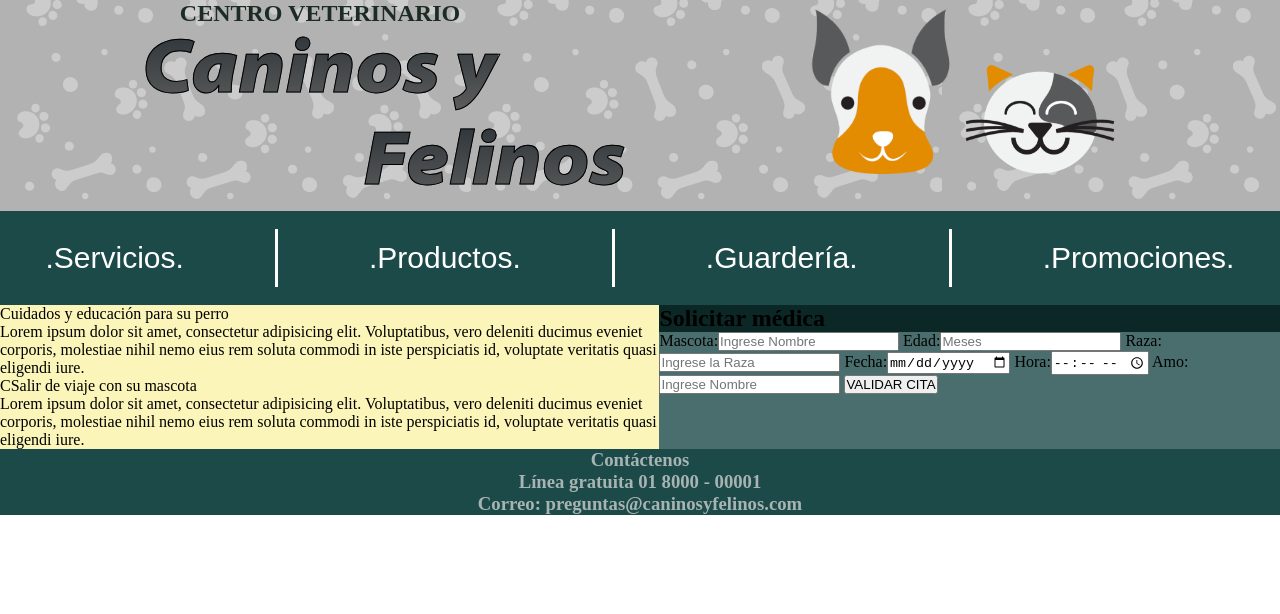
Repository: mariomr87/senaweb01
Page: principal.html
An editor plug-in stored every save of this project. The page is shown before and after the next save, followed by the edit.
The browser window is 1280 px wide. The pictures show the whole page.

Above is the page before, as saved 2021-10-23 09:23:01.

### principal.html
<!DOCTYPE html>
<html lang="en">
<head>
    <meta charset="UTF-8">
    <meta http-equiv="X-UA-Compatible" content="IE=edge">
    <meta name="viewport" content="width=device-width, initial-scale=1.0">
    <link rel="stylesheet" href="estilos.css">
    <title>Document</title>
</head>
<body>
    <div>
        <header>
            <div id="cabecera">
                <div class="header-text">
                    <h3>CENTRO VETERINARIO</h3>
                    <h1><span id="header-text-degrad">Caninos y <br><span id="text-felinos">Felinos</span></spa></h1>
                </div>
                <div class="header-img">
                    <img src="./imagenes/dog_white.png" alt="">
                    <img src="./imagenes/cat_white.png" alt="">
                </div>
            </div>
        </header>
        <nav>
            <td>
                <tr><a href="">.Servicios.</a><span class="linea"></span></tr>
                <tr><a href="">.Productos.</a><span class="linea"></span></tr>
                <tr><a href="">.Guardería.</a><span class="linea"></span></tr>
                <tr><a href="">.Promociones.</a></tr>
            </td>
        </nav>
        <div class="centro-pag">
            <section>
                <article>
                    <p>Cuidados y educación para su perro</p>
                    <p>Lorem ipsum dolor sit amet, consectetur adipisicing elit. Voluptatibus, vero deleniti ducimus eveniet corporis, molestiae nihil nemo eius rem soluta commodi in iste perspiciatis id, voluptate veritatis quasi eligendi iure.</p>
                </article>
                <article>
                    <p>CSalir de viaje con su mascota</p>
                    <p>Lorem ipsum dolor sit amet, consectetur adipisicing elit. Voluptatibus, vero deleniti ducimus eveniet corporis, molestiae nihil nemo eius rem soluta commodi in iste perspiciatis id, voluptate veritatis quasi eligendi iure.</p>
                </article>
            </section>
            <aside>
                <form action="">
                    <div><h2>Solicitar médica</h2></div>
                    <div>
                        <label for="mascota_name">Mascota:</label><input type="text" placeholder="Ingrese Nombre" id="">
                        <label for="age_pet">Edad:</label><input type="number" name="" id="" placeholder="Meses">
                        <label for="raza_pet">Raza:</label><input type="text" name="" id="" placeholder="Ingrese la Raza">
                        <label for="fecha_ingreso_pet">Fecha:</label><input type="date" name="" id="">
                        <label for="hora_ingreso_pet">Hora:</label><input type="time" name="" id="">
                        <label for="amo_pet">Amo:</label><input type="text" name="" id="" placeholder="Ingrese Nombre">
                        <button type="submit">VALIDAR CITA</button>
                    </div>
                </form>
            </aside>
        </div>
        <footer>
            <h3>Contáctenos</h3>
            <h3>Línea gratuita 01 8000 - 00001</h3>
            <h3>Correo: preguntas@caninosyfelinos.com</h3>
        </footer>
    </div>
</body>
</html>

### estilos.css
*{
    margin: 0px;
    padding: 0px;
}

@font-face {
    font-family: Myriad_Pro ;
    src: url(./extra/MyriadProBlackSemiExtendedItalic.otf);
}

h1{
    font-family: Myriad_pro;
}

header div img{
    width: 10em;
}

#cabecera{
    background-image: url("./imagenes/fondo.png");
    background-repeat: initial;
    width: 100%;
    display: flex;
    text-align: center;
}

.header-text,.header-img{
    width:50%;
}

.header-text h3{
    font-size: 1.5em;
    color:#1c2c24;
}

.header-text h1{
    font-size: 4.8em;
}

#header-text-degrad{
    background: linear-gradient(#30373b,#5c5c5c);
    -webkit-background-clip: text;
    -webkit-text-fill-color: transparent;
    -webkit-text-stroke: 1px black;
}

#text-felinos{
    margin-left: 350px;
}

nav{
    display: flex;
    flex-direction: row;
    justify-content: space-around;
    background: #1c4a48;
}

nav a{
    color: #fff;
    text-decoration: none;
    font-size: 30px;
    font-family: Arial, Helvetica, sans-serif;
    padding: 30px 0;

}

.linea{
    border-right: 3px solid #fff;
    margin: 18px 0;
}

.centro-pag{
    display: flex;
}

section{
    flex-direction: column;
    background: #fbf5ba;

}

form  div h2{
    background:#0b2826 ;
}

aside{
    background: #496e6d;
}

footer{
    text-align: center;
    background: #1c4a48;
    color: #a8b4b3;
}

After the next save:
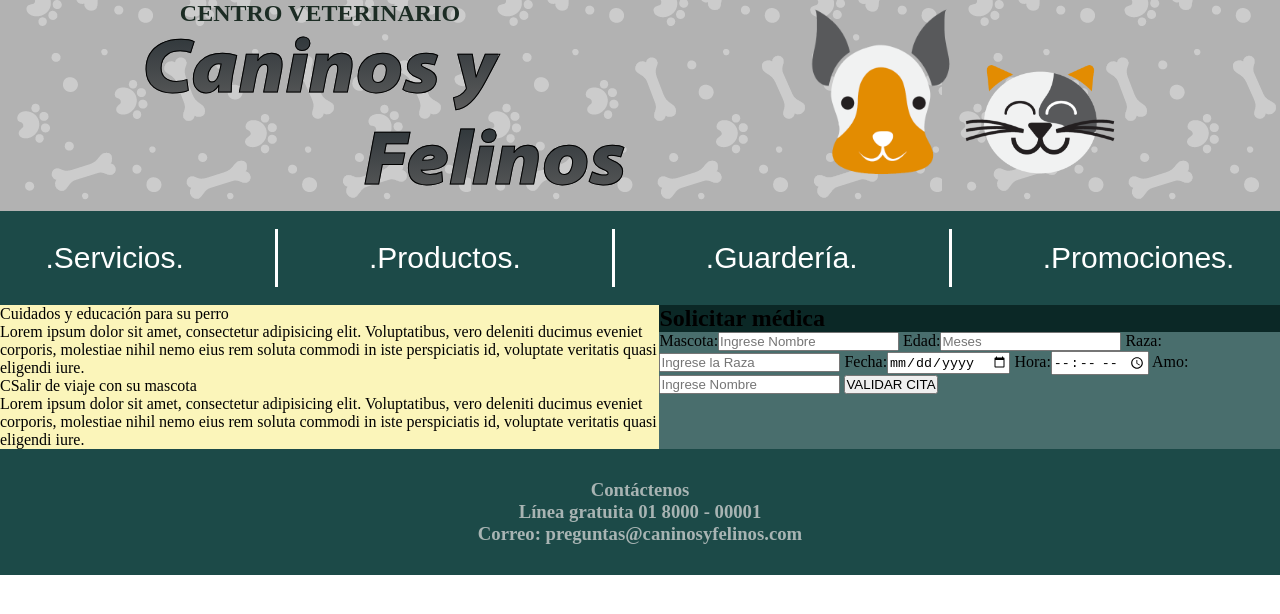
Saved 23 s later.
--- a/estilos.css
+++ b/estilos.css
@@ -91,4 +91,5 @@ footer{
     text-align: center;
     background: #1c4a48;
     color: #a8b4b3;
+    padding: 30px 0;
 }
